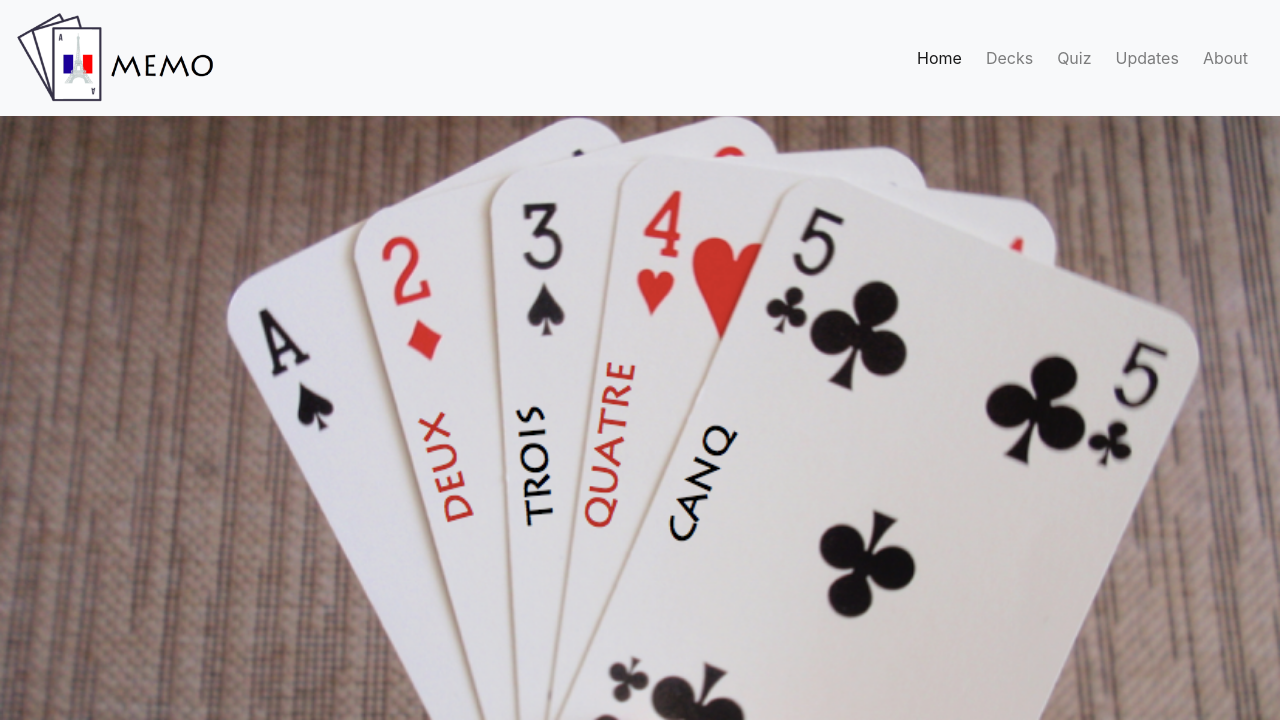
Repository: farahroslend/memofrancais
Page: landingPage.html
The author's editor kept a record of every edit. The page is drawn from the files as they stood at one moment, then again after the next edit.
The browser window is 1280 px wide. The pictures show the whole page.

Above is the page before.

### landingPage.html
<!DOCTYPE html>
<html lang="en">

<head>
    <meta charset="UTF-8">
    <meta name="viewport" content="width=device-width, initial-scale=1.0">
    <meta http-equiv="X-UA-Compatible" content="ie=edge">

    <!-- CSS -->
    <link rel="stylesheet" href="https://maxcdn.bootstrapcdn.com/bootstrap/4.1.3/css/bootstrap.min.css">
    <link rel="stylesheet" href="styler.css" type="text/css">

    <!-- Add icon library -->
    <link rel="stylesheet" href="https://cdnjs.cloudflare.com/ajax/libs/font-awesome/4.7.0/css/font-awesome.min.css">
    <link href="https://fonts.googleapis.com/css?family=Anton|Dancing+Script|Luckiest+Guy&display=swap" rel="stylesheet">
    <link rel="stylesheet" href="https://maxcdn.bootstrapcdn.com/font-awesome/4.7.0/css/font-awesome.min.css">

    <style type="text/css">
    </style>

    <title>MEMO</title>
</head>

<body>
    <!---------------------------------------------------------------------- Nav bar -->
    <nav class="navbar navbar-light navbar-expand-sm bg-light">
        <a href="landingPage.html" class="navbar-brand"><img src="./visuals/memologo5.png" alt="" height="90" ></a>
        <button class="navbar-toggler ml-2" type="button" data-toggle="collapse" data-target="#navbarNavDropdown" aria-controls="navbarNavDropdown" aria-expanded="false" aria-label="Toggle navigation">
            <span class="navbar-toggler-icon"></span></button>
        <div class="collapse navbar-collapse" id="navbarNavDropdown">
            <ul class="navbar-nav ml-auto">
                <li class="active nav-item mr-2"><a class="nav-link" href="index.html">Home</a></li>
                <li class="nav-item mr-2"><a class="nav-link" href="#music">Decks</a></li>
                <li class="nav-item mr-2"><a class="nav-link" href="#gigs">Quiz</a></li>
                <li class="nav-item mr-2"><a class="nav-link" href="#bottom">Updates</a></li>
                <li class="nav-item mr-2"><a class="nav-link" href="about.html">About</a></li>
                <!-- <li class="nav-item mr-2 d-block d-sm-none"><a class="nav-link" href="">Sign In / Sign Up</a></li> -->
            </ul>
        </div>
    </nav>

    <!---------------------------------------------------------------------- Callout -->
    <div class="container-fluid callout-container">
        <div class="opaque-overlay">&nbsp;</div>
    </div>

    <!---------------------------------------------------------------------- /.callout -->

</body>

</html>

### styler.css
.callout-container {

    height: 100vh;
    width: 100%;
    background: url('./visuals/lpPic1.png') no-repeat center center fixed;
    background-position-y: 56px;
    background-position-x: 0px;
    -webkit-background-size: cover;
    -moz-background-size: cover;
    -o-background-size: cover;
    background-size: cover;

    display: flex;
    align-items: center;
    justify-content: center;

    position: relative;
}

.example{
	background-image: url('../visuals/lpPic1.png');
	background-position:center;
	background-repeat:no-repeat;
	background-size:cover;
	height:200px;
	width:200px;
}

.navbar {
            width: 100vw;
            position: fixed;
            z-index: 2;
        }

After the next edit:
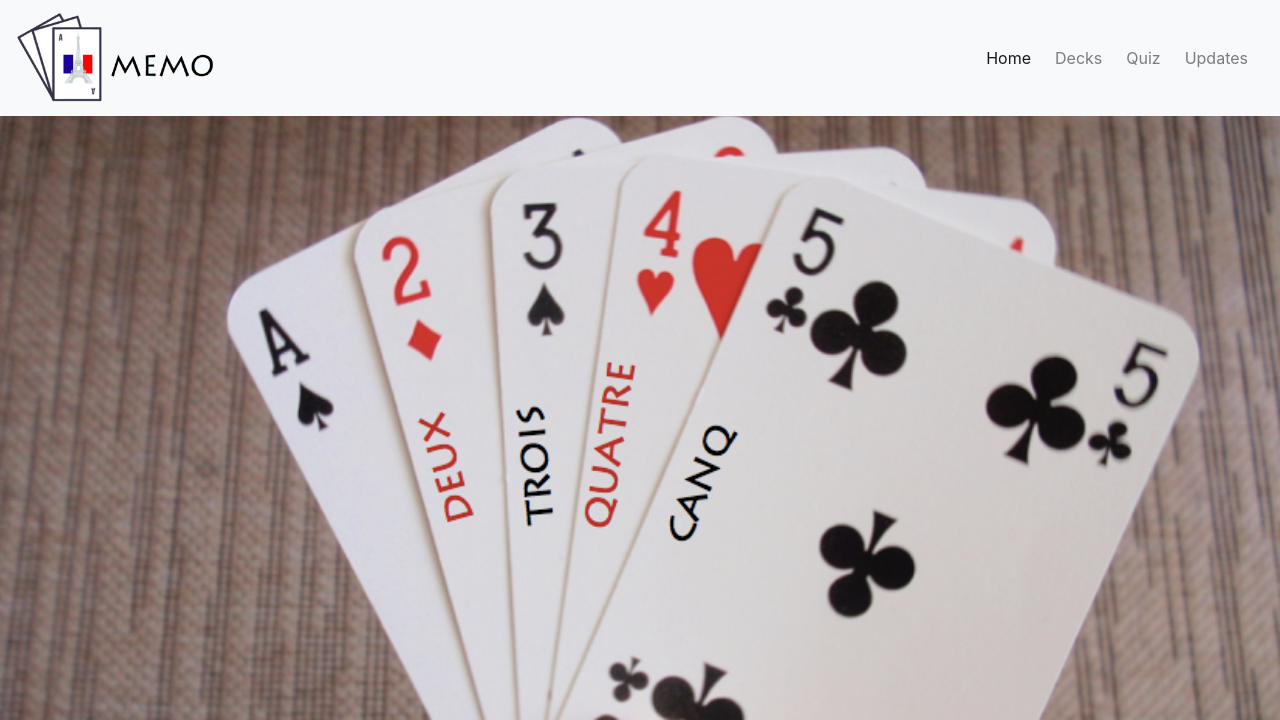
The edit:
--- a/landingPage.html
+++ b/landingPage.html
@@ -33,7 +33,7 @@
                 <li class="nav-item mr-2"><a class="nav-link" href="#music">Decks</a></li>
                 <li class="nav-item mr-2"><a class="nav-link" href="#gigs">Quiz</a></li>
                 <li class="nav-item mr-2"><a class="nav-link" href="#bottom">Updates</a></li>
-                <li class="nav-item mr-2"><a class="nav-link" href="about.html">About</a></li>
+
                 <!-- <li class="nav-item mr-2 d-block d-sm-none"><a class="nav-link" href="">Sign In / Sign Up</a></li> -->
             </ul>
         </div>
